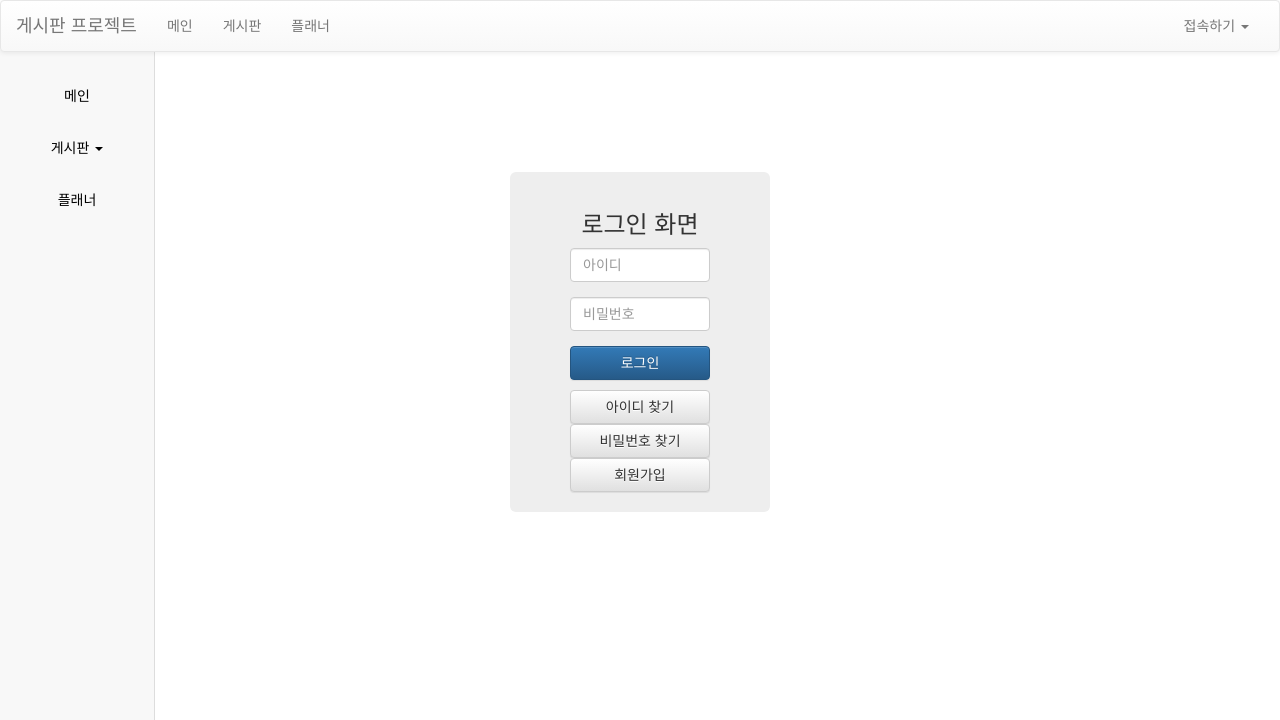
Repository: Seok7975/Project_PlannerSharingBoard
Page: http://localhost/ToDoList공유_게시판_ver3/id/login.jsp
These files come from the project's save history. The page is drawn as it stood at one moment and after the next save; the edit follows.
The browser window is 1280 px wide. The pictures show the whole page.
Some web libraries are served in a nearby version. The page is served by Tomcat 9. Other server files are loaded and not shown.

Above is the page before, as saved 2024-07-05 06:13:22.

### List_Projects_ver3/ToDoList공유 게시판_ver3/src/main/webapp/id/login.jsp
<%-- <!-- 로그인 페이지 -->

<%@ page language="java" contentType="text/html; charset=UTF-8"
    pageEncoding="UTF-8"%>
<!DOCTYPE html>
<html>
<head>
<meta http-equiv="Content-Type" content="text/html; charset=UTF-8">
<meta name="viewport" content="width=device-width, initial-scale=1"> <!-- 컴퓨터 핸드폰 등 기기에 맞게 변경되게 -->
<link rel="stylesheet" href="css/styles.css">
<title>JSP 게시판 웹 사이트</title>
</head>
<body>
	<nav class="navbar">
		<a class="navbar-brand" href="main.jsp">게시판 프로젝트</a>
		<ul class="navbar-nav">
			<li><a href="main.jsp">메인</a></li>
			<li><a href="bbs.jsp">게시판</a></li>
			<li class="dropdown">
				<a href="#" class="dropdown-toggle">접속하기</a>
        		<ul class="dropdown-menu">
          			<li class="active"><a href="login.jsp">로그인</a></li> <!-- active : 현재 선택되어있음 -->
          			<li><a href="join.jsp">회원가입</a></li>
       			</ul>
      		</li>
    	</ul>
	</nav>
	<div class="container">
		<div class="jumbotron">
			<form method="post" action="loginAction.jsp">
        	<h3>로그인 화면</h3>
	        	<div class="form-group">
				<input type="text" class="form-control" placeholder="아이디" name="userID" maxlength="20">
	        	</div>
	        	<div class="form-group">
	 				<input type="password" class="form-control" placeholder="비밀번호" name="userPassword" maxlength="20">
	       		</div>
	        	<input type="submit" class="btn btn-primary" value="로그인">
      		</form>
    	</div>
	</div>
</body>
</html> --%>

<%-- <%@ page language="java" contentType="text/html; charset=UTF-8"
    pageEncoding="UTF-8"%>
<!DOCTYPE html>
<html>
<head>
<meta charset="UTF-8">
<meta name="viewport" content="width=device-width", initial-scale="1">
	<!-- viewport=화면상의 표시영역, content=모바일 장치들에 맞게 크기조정, initial=초기화면 배율 설정 -->

<link rel="stylesheet" href="css/bootstrap.css">
	<!-- 스타일시트로 css폴더의 bootstrap.css파일 사용 -->

<title>게시판!!</title>
</head>
<body style= "background-color : lightblue;">


	<nav class="navbar navbar-inverse"> <!-- navbar-색상(inverse = 검은색, default = 색x) -->
		<div class="navbar-header">
			<button type="button" class="navbar-toggle collapsed"
			data-toggle="collapse" data-target="#bs-example-navbar-collapse-1"
			aria-expanded="false">
				<!-- class="navbar-toggle collapsed"=>네비게이션의 화면 출력유무
				data-toggle="collapse" : 모바일 상태에서 클릭하면서 메뉴가 나오게 설정 -->

				<span class="icon-bar"></span>
				<span class="icon-bar"></span>
				<span class="icon-bar"></span>
					<!-- 아이콘 이미지 -->

			</button>

			<a class="navbar-brand" href="main.jsp">JSP 게시판</a>
				<!-- Bootstrap navbar 기본 메뉴바 -->
		</div>

		<div class="collapse navbar-collapse" id="bs-example-navbar-collapse-1">
			<ul class="nav navbar-nav"> <!-- navbar-nav => 네비게이션 바의 메뉴 -->
				<li><a href="main.jsp">메뉴</a></li>
				<li><a href="bbs.jsp">게시판</a></li>
				<!-- 메뉴, 게시판의 main.jsp와 bbs.jsp의 파일로 각각 이동 -->
			</ul>
			<ul class="nav navbar-nav navbar-right">
				<li class="dropdown">
					<a href="#" class="dropdown-toggle"
						data-toggle="dropdown" role="button" aria-haspopup="true"
						aria-expanded="false">접속하기<span class="caret"></span></a>
						<!-- 임시의 주소링<%=  %>크 "#"을 기재한다. -->
						<!-- caret = creates a caret arrow icon (▼) -->
						w
						<ul class="dropdown-menu">
							<!-- dropdown-menu : 버튼을 눌렀을때, 생성되는 메뉴(접속하기를 눌렀을때 로그인, 회원가입 메뉴 -->

							<li class="active"><a href="login.jsp">로그인</a></li>
							<!-- active = 활성화 되었을때 로그인, 회원가입-->

							<li><a href="join.jsp">회원가입</a></li>

						</ul>
					</li>
			</ul>
		</div>
	</nav>
	<div class="container">
		<!-- 전체 레이아웃 감싸주기 -->

		<div class="col-lg-4"></div>
		<div class="col-lg-4">
			<div class="jumbotron" style="padding-top: 20px;">
				<!-- jumbotron indicates a big box(큰 상자) -->

				<form method="post" action="loginAction.jsp">
				<img alt="그림 없음" src="Circle.png">
					<h2 style="text-align : center;">로그인 화면</h2>
					<div class="form-group">
						<input type="text" class="form-control" placeholder="아이디" name="userID"
							maxlength="20">
					</div>
					<div class="form-group">
						<input type="password" class="form-control" placeholder="비밀번호" name="userPassword"
							maxlength="20">
					</div>
					<input type="submit" class="btn btn-primary form-control" value="로그인">
					<img src="JJWORLD.png">
				</form>
		</div>
	</div>
	<script src="https://code.jquery.com/jquery-3.1.1.min.js"></script>
	<script src="js/bootstrap.js"></script>

</body>
</html> --%>


<%-- <%@ page language="java" contentType="text/html; charset=UTF-8"
    pageEncoding="UTF-8"%>
<!DOCTYPE html>
<html>
<head>
<meta http-equiv="Content-Type" content="text/html; charset=UTF-8">
<meta name="viewport" content="width=device-width, initial-scale=1"> <!-- 컴퓨터 핸드폰 등 기기에 맞게 변경되게 -->
<!-- <link rel="stylesheet" href="css/bootstrap.css"> -->
<!-- Latest compiled and minified CSS -->
<link rel="stylesheet" href="https://cdn.jsdelivr.net/npm/bootstrap@3.3.7/dist/css/bootstrap.min.css" integrity="sha384-BVYiiSIFeK1dGmJRAkycuHAHRg32OmUcww7on3RYdg4Va+PmSTsz/K68vbdEjh4u" crossorigin="anonymous">

<!-- Optional theme -->
<link rel="stylesheet" href="https://cdn.jsdelivr.net/npm/bootstrap@3.3.7/dist/css/bootstrap-theme.min.css" integrity="sha384-rHyoN1iRsVXV4nD0JutlnGaslCJuC7uwjduW9SVrLvRYooPp2bWYgmgJQIXwl/Sp" crossorigin="anonymous">

<!-- jQuery (necessary for Bootstrap's JavaScript plugins) -->
<script src="https://code.jquery.com/jquery-3.1.1.min.js" integrity="sha384-5sAR7xN1Nv6B4z2p6bJp6t4q2Z5y5Q4h1r5k5R5k5R5k5R5k5R5k5R5k5R5k5R5k5R5k5R5k5R5k5R5k5R5k5R5k5R5k5R5k5R5k5R5k5R5k5" crossorigin="anonymous"></script>

<!-- Latest compiled and minified JavaScript -->
<script src="https://cdn.jsdelivr.net/npm/bootstrap@3.3.7/dist/js/bootstrap.min.js" integrity="sha384-Tc5IQib027qvyjSMfHjOMaLkfuWVxZxUPnCJA7l2mCWNIpG9mGCD8wGNIcPD7Txa" crossorigin="anonymous"></script>

<title>JSP 게시판 웹 사이트</title>
</head>
<body>
	<nav class="navbar navbar-default">
		<div class="navbar-header">
			<button type="button" class="navbar-toggle collapsed"
				data-toggle="collapse" data-target="#bs-example-navbar-collapse-1"
				aria-expanded="false">
				<span class="icon-bar"></span>
				<span class="icon-bar"></span>
				<span class="icon-bar"></span>
			</button>
			<a class="navbar-brand" href="main.jsp">게시판 프로젝트</a>
		</div>
		<div class="collapse navbar-collapse" id="bs-example-navbar-collapse-1">
			<ul class="nav navbar-nav">
				<li><a href="main.jsp">메인</a></li>
				<li><a href="bbs.jsp">게시판</a></li>
			</ul>
			<ul class="nav navbar-nav navbar-right">
				<li class="dropdown">
					<a href="#" class="dropdown-toggle"
						data-toggle="dropdown" role="button" aria-haspopup="true"
						aria-expanded="false">접속하기<span class="caret"></span></a>
					<ul class="dropdown-menu">
						<li class="active"><a href="login.jsp">로그인</a></li> <!-- active : 현재 선택되어있음 -->
						<li><a href="join.jsp">회원가입</a></li>
					</ul>
				</li>
			</ul>
		</div>
	</nav>
	<div class="container">
		<div class="col-lg-4"></div>
		<div class="col-lg-4">
			<div class="jumbotron" style="padding-top: 20px;">
				<form method="post" action="loginAction.jsp">
					<h3 style="text-align: center;">로그인 화면</h3>
					<div class="form-group">
						<input type="text" class="form-control" placeholder="아이디" name="userID" maxlength="20">
					</div>
					<div class="form-group">
						<input type="password" class="form-control" placeholder="비밀번호" name="userPassword" maxlength="20">
					</div>
					<input type="submit" class="btn btn-primary form-control" value="로그인">
				</form>
			</div>
		</div>
		<div class="col-lg-4"></div>
	</div>
<!-- 	<script src="https://code.jquery.com/jquery-3.1.1.min.js"></script>
	<script src="js/bootstrap.js"></script> -->
</body>
</html>


 --%>

<%@ page language="java" contentType="text/html; charset=UTF-8"
    pageEncoding="UTF-8"%>
<!DOCTYPE html>
<html>
<head>
<meta http-equiv="Content-Type" content="text/html; charset=UTF-8">
<meta name="viewport" content="width=device-width, initial-scale=1">
<!-- Latest compiled and minified CSS -->
<link rel="stylesheet" href="https://cdn.jsdelivr.net/npm/bootstrap@3.3.7/dist/css/bootstrap.min.css" integrity="sha384-BVYiiSIFeK1dGmJRAkycuHAHRg32OmUcww7on3RYdg4Va+PmSTsz/K68vbdEjh4u" crossorigin="anonymous">
<!-- Optional theme -->
<link rel="stylesheet" href="https://cdn.jsdelivr.net/npm/bootstrap@3.3.7/dist/css/bootstrap-theme.min.css" integrity="sha384-rHyoN1iRsVXV4nD0JutlnGaslCJuC7uwjduW9SVrLvRYooPp2bWYgmgJQIXwl/Sp" crossorigin="anonymous">

<link rel="stylesheet" href="../css/idStyle.css"> <!-- 외부 CSS 파일 참조 -->
<!-- jQuery (necessary for Bootstrap's JavaScript plugins) -->
<script src="https://code.jquery.com/jquery-3.1.1.min.js"></script>
<!-- Latest compiled and minified JavaScript -->
<script src="https://cdn.jsdelivr.net/npm/bootstrap@3.3.7/dist/js/bootstrap.min.js" integrity="sha384-Tc5IQib027qvyjSMfHjOMaLkfuWVxZxUPnCJA7l2mCWNIpG9mGCD8wGNIcPD7Txa" crossorigin="anonymous"></script>
<!-- <link rel="stylesheet" href="css/jumbotronCustom.css"> -->
<title>JSP 게시판 웹 사이트</title>
<style>
    .login-container {
        max-width: 400px;
        padding: 70px;
        margin: 50px auto;
    }

    .jumbotron {
        padding: 20px;
        text-align: center;
    }

    .form-group {
        margin-bottom: 15px;
    }
</style>
<script>
$(document).ready(function() {
    function toggleSidebar() {
        if ($(window).width() > 768) {
            $('.sidebar').addClass('show');
            $('.main-content').removeClass('expanded');
        } else {
            $('.sidebar').removeClass('show');
            $('.main-content').addClass('expanded');
        }
    }

    // 초기 로드 시 사이드바 상태 설정
    toggleSidebar();

    // 창 크기가 변경될 때마다 사이드바 상태 업데이트
    $(window).resize(function() {
        toggleSidebar();
    });

    // 사이드바 토글 버튼 (필요한 경우)
    $('.navbar-toggle').click(function() {
        $('.sidebar').toggleClass('show');
        if ($('.sidebar').hasClass('show')) {
            $('.main-content').removeClass('expanded');
        } else {
            $('.main-content').addClass('expanded');
        }
    });
});
</script>
</head>
<body>
     <div class="sidebar">
        <a href="../main.jsp" style="text-align: center;" >메인</a>
        <div class="dropdown">
            <a href="../bbs.jsp?bbsCategory=all" style="text-align: center;" >게시판 <span class="caret"></span></a>
            <ul class="dropdown-menu">
                <li><a href="../bbs.jsp?bbsCategory=all" style="text-align: center;">전체글보기</a></li>
                <li><a href="../bbs.jsp?bbsCategory=free" style="text-align: center;">자유게시판</a></li>
                <li><a href="../bbs.jsp?bbsCategory=study" style="text-align: center;">공부게시판</a></li>
                <li><a href="../bbs.jsp?bbsCategory=exercise" style="text-align: center;">운동게시판</a></li>
            </ul>
        </div>
        <a href="planner/planner.jsp" style="text-align: center;">플래너</a>
    </div>
	<nav class="navbar navbar-default">
		<div class="container-fluid">
			<div class="navbar-header">
				<button type="button" class="navbar-toggle collapsed" data-toggle="collapse" data-target="#bs-example-navbar-collapse-1" aria-expanded="false">
					<span class="sr-only">Toggle navigation</span>
					<span class="icon-bar"></span>
					<span class="icon-bar"></span>
					<span class="icon-bar"></span>
				</button>
				<a class="navbar-brand" href="../main.jsp">게시판 프로젝트</a>
			</div>
			<div class="collapse navbar-collapse" id="bs-example-navbar-collapse-1">
				<ul class="nav navbar-nav">
					<li><a href="../main.jsp">메인</a></li>
					<li><a href="../bbs.jsp">게시판</a></li>
					<li><a href="../planner/planner.jsp">플래너</a></li>
				</ul>
				<ul class="nav navbar-nav navbar-right">
					<li class="dropdown">
						<a href="#" class="dropdown-toggle" data-toggle="dropdown" role="button" aria-haspopup="true" aria-expanded="false">접속하기 <span class="caret"></span></a>
						<ul class="dropdown-menu">
							<li class="active"><a href="login.jsp">로그인</a></li>
							<li><a href="join.jsp">회원가입</a></li>
<!-- 							<li><a href="findID.jsp">아이디 찾기</a></li>
							<li><a href="findPassword.jsp">비밀번호 찾기</a></li> -->
						</ul>
					</li>
				</ul>
			</div>
		</div>
	</nav>
	<div class="container login-container">
		<div class="jumbotron">
			<form method="post" action="loginAction.jsp">
				<h3 style="text-align: center;">로그인 화면</h3>
				<div class="form-group">
					<input type="text" class="form-control" placeholder="아이디" name="userID" maxlength="20">
				</div>
				<div class="form-group">
					<input type="password" class="form-control" placeholder="비밀번호" name="userPassword" maxlength="20">
				</div>
				<div>
					<input type="submit" class="btn btn-primary form-control" value="로그인">
				</div>
			</form>
			<div style="margin-top: 10px;">
				<a href="findId.jsp" class="btn btn-default form-control">아이디 찾기</a>
				<a href="findPassword.jsp" class="btn btn-default form-control">비밀번호 찾기</a>
				<a href="join.jsp" class="btn btn-default form-control">회원가입</a>
			</div>
		</div>
	</div>
</body>
</html>

### List_Projects_ver3/ToDoList공유 게시판_ver3/src/main/webapp/css/idStyle.css
@charset "UTF-8";

/* 네비게이션 바를 상단에 고정 */
.navbar-fixed-top {
    position: fixed;
    top: 0;
    width: 100%;
    z-index: 1000;
}

/* 왼쪽 사이드바 스타일 */
.sidebar {
    position: fixed;
    top: 50px; /* 네비게이션 바 높이만큼 아래로 내림 */
    left: 0;
    width: 155px;
    height: calc(100% - 50px); /* 네비게이션 바 높이만큼 줄임 */
    background-color: #f8f8f8;
    padding-top: 20px;
    border-right: 1px solid #ddd;
    transition: width 0.3s ease, opacity 0.3s ease; /* 사이드바 너비와 투명도 변화 애니메이션 */
    /* overflow: hidden; */
}

/* 작은 화면에서 사이드바 숨기기 */
@media (max-width: 768px) {
    .sidebar {
        left: -250px;
    }
}

/* 사이드바가 보일 때 클래스 */
.sidebar.show {
    left: 0;
}

/* 메인 콘텐츠 스타일 */
.main-content {
    margin-left: 155px; /* 기본 사이드바 너비만큼 마진 */
    transition: margin-left 0.3s;
}

/* 작은 화면에서 메인 콘텐츠 마진 조정 */
@media (max-width: 768px) {
    .main-content {
        margin-left: 0;
    }
}

.sidebar a {
    display: block;
    color: black;
    padding: 16px;
    text-decoration: none;
}

.sidebar a:hover {
    background-color: #ddd;
    color: black;
}

.sidebar .dropdown-menu {
    display: none;
    position: static;
    float: none;
    background-color: #f8f8f8;
    border: none;
    box-shadow: none;
}

.sidebar .dropdown:hover .dropdown-menu {
    display: block;
    animation: slideDown 0.3s ease-in-out; /* 슬라이딩 애니메이션 추가 */
}

/* 사이드바가 사라질 때의 스타일 */
.sidebar.hidden {
    width: 0;
    opacity: 0;
    overflow: hidden;
}

/* 메인 콘텐츠가 확장될 때의 스타일 */
.main-content.expanded {
    margin-left: 0;
}

@keyframes slideDown {
    0% {
        opacity: 0;
        transform: translateY(-10px);
    }
    100% {
        opacity: 1;
        transform: translateY(0);
    }
}

/* 드롭다운 메뉴가 커서를 가져다 대기만 해도 열리도록 설정 */
.navbar-nav > li.dropdown:hover > .dropdown-menu {
    display: block;
    animation: slideDown 0.3s ease-in-out; /* 슬라이딩 애니메이션 추가 */
}

.category-title {
    font-size: 24px; /* 텍스트 크기 */
    font-weight: bold; /* 텍스트 굵기 */
    margin-bottom: 20px; /* 아래쪽 여백 */
    /* text-align: center; */ /* 가운데 정렬 */
    /* color: #333; */ /* 텍스트 색상 */
}

a, a:hover {
    color: #000000;
    text-decoration: none;
}

    .login-container {
        max-width: 400px;
        margin: 50px auto;
    }

After the next save:
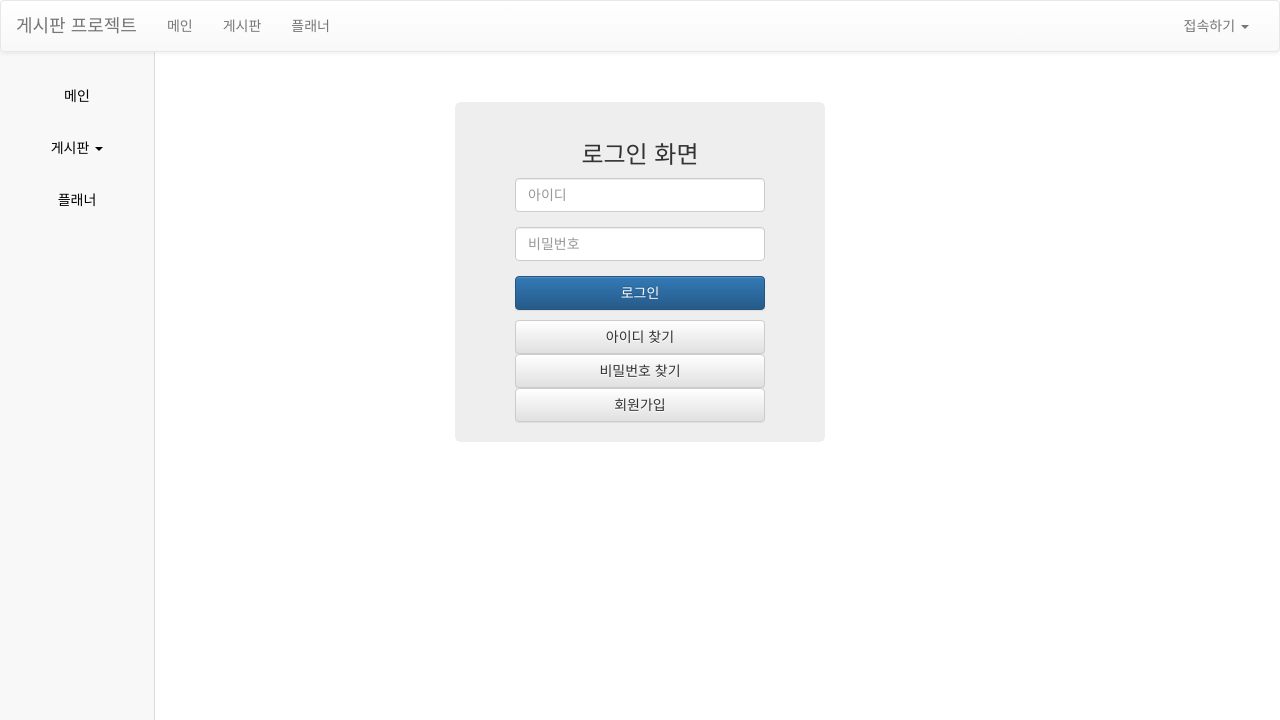
Saved 7 s later.
--- a/List_Projects_ver3/ToDoList공유 게시판_ver3/src/main/webapp/id/login.jsp
+++ b/List_Projects_ver3/ToDoList공유 게시판_ver3/src/main/webapp/id/login.jsp
@@ -236,7 +236,7 @@
 <style>
     .login-container {
         max-width: 400px;
-        padding: 70px;
+
         margin: 50px auto;
     }
 
